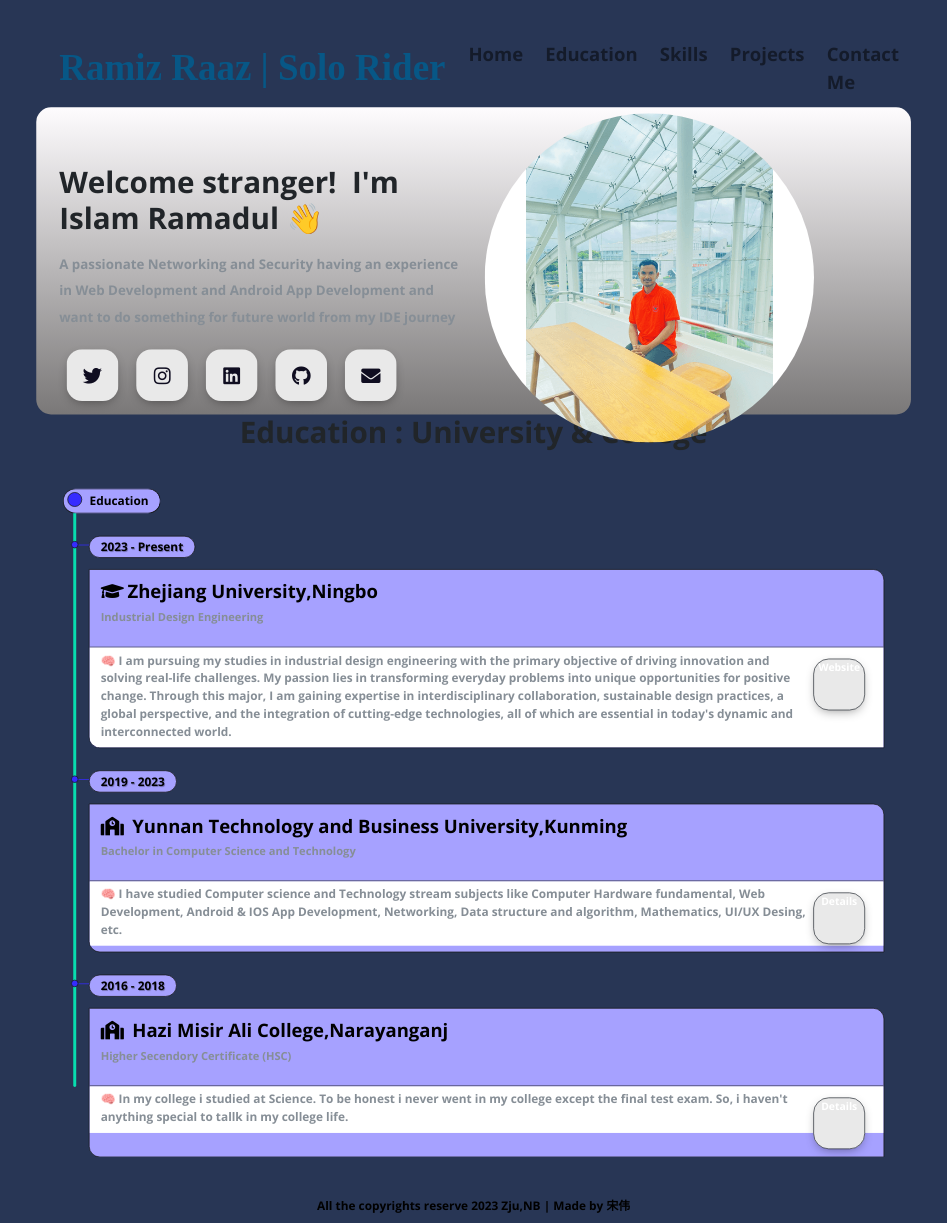
Repository: ramizraaz/ZjuProtfolio
Page: index.html
The author's editor kept a copy of each file at every save. The page is drawn from the files as they stood at one save, then again after the next save.
The browser window is 1280 px wide. The pictures show the whole page, at 74% of full size.
Some web fonts or font styles are not loaded; a fallback is used. Some web libraries are served in a nearby version.

Above is the page before, as saved 2023-10-08 18:12:40.

### index.html
<!DOCTYPE html>
<html lang="en" dir="ltr">

<head>
    <meta charset="utf-8">
    <meta name="viewport" content="width=device-width,initial-scale=1">
    <title>宋伟's Profile | Personal website</title>
    <link rel="icon" href="Image/RR.png">
    <link rel="stylesheet" href="https://stackpath.bootstrapcdn.com/bootstrap/4.5.0/css/bootstrap.min.css" integrity="sha384-9aIt2nRpC12Uk9gS9baDl411NQApFmC26EwAOH8WgZl5MYYxFfc+NcPb1dKGj7Sk" crossorigin="anonymous">
    <link rel="stylesheet" href="style.css">
    <link href="https://fonts.googleapis.com/css2?family=Arizonia&family=Montserrat:wght@400;800&display=swap" rel="stylesheet">
    <link href="https://fonts.googleapis.com/css2?family=Open+Sans:wght@700&display=swap" rel="stylesheet">
    <link rel="stylesheet" href="https://use.fontawesome.com/releases/v5.4.1/css/all.css" />
    <link rel="stylesheet" href="https://cdnjs.cloudflare.com/ajax/libs/font-awesome/5.13.1/css/all.min.css">
    <script src="https://code.jquery.com/jquery-3.5.1.slim.min.js" integrity="sha384-DfXdz2htPH0lsSSs5nCTpuj/zy4C+OGpamoFVy38MVBnE+IbbVYUew+OrCXaRkfj" crossorigin="anonymous"></script>
    <script src="https://cdn.jsdelivr.net/npm/popper.js@1.16.0/dist/umd/popper.min.js" integrity="sha384-Q6E9RHvbIyZFJoft+2mJbHaEWldlvI9IOYy5n3zV9zzTtmI3UksdQRVvoxMfooAo" crossorigin="anonymous"></script>
    <script src="https://stackpath.bootstrapcdn.com/bootstrap/4.5.0/js/bootstrap.min.js" integrity="sha384-OgVRvuATP1z7JjHLkuOU7Xw704+h835Lr+6QL9UvYjZE3Ipu6Tp75j7Bh/kR0JKI" crossorigin="anonymous"></script>
</head>

<body class="container-fluid body_section">
    <header>
        <nav class="navbar navbar-expand-lg navbar-light ">
            <a class="navbar-brand brand-name" href="#">Ramiz Raaz | Solo Rider</a>
            <button class="navbar-toggler" type="button" data-toggle="collapse" data-target="#navbarSupportedContent" aria-controls="navbarSupportedContent" aria-expanded="false" aria-label="Toggle navigation">
                  <span class="navbar-toggler-icon"></span>
                </button>
            <div class="collapse navbar-collapse" id="navbarSupportedContent">
                <ul class="navbar-nav ml-auto">
                    <li class="nav-item">
                        <a class="nav-link headerachor" href="index.html">Home</a>
                    </li>

                    <li class="nav-item">
                        <a class="nav-link headerachor" href="#Education">Education</a>
                    </li>
                    <li class="nav-item">
                        <a class="nav-link headerachor" href="">Skills</a>
                    </li>
                    <li class="nav-item">
                        <a class="nav-link headerachor" href="">Projects</a>
                    </li>
                    <li class="nav-item">
                        <a class="nav-link headerachor" href="">Contact Me</a>
                    </li>
                </ul>
        </nav>
    </header>
    <!-- Intro Section -->
    <section id="Home">
        <div class="row column1">
            <div class="col-lg-6 col-md-6 first-image">
                <img class="boyimage" src="img/me.gif" alt="">
            </div>
            <div class="col-lg-6 section-1">
                <h1 class="Hello">Welcome stranger!&nbsp&nbspI'm Islam Ramadul <span class="wave">👋</span></h1>
                <p>A passionate Networking and Security having an experience in Web Development and Android App Development and want to do something for future world from my IDE journey</p>
                <div class=social_media_icon>
                    <a class="btn" href="https://twitter.com/ramiz_raaz" target=_blank>
                        <i class="fab fa-twitter"></i>
                    </a>
                    <a class="btn" href="https://www.instagram.com/ramiz_raaz/" target=_blank>
                        <i class="fab fa-instagram"></i>
                    </a>
                    <a class="btn" href="https://www.linkedin.com/" target=_blank>
                        <i class="fab fa-linkedin" aria-hidden="true"></i>
                    </a>
                    <a class="btn" href="https://github.com/ramizraaz" target=_blank>
                        <i class="fab fa-github"></i>
                    </a>
                    <a class="btn" href="mailto:romiz.romeo.raaz@gmail.com/" target=_blank>
                        <i class="fa fa-envelope"></i>
                    </a>
                </div>
            </div>
    </section>
    <!-- Education Section -->
    <section id="Education">
        <div class="container">
            <div class="Heading">
                <h1>Education : University & College</h1>
                <br>
            </div>
            <div class="timeline">
                <div class="timeline-month">
                    Education
                </div>
                <div class="timeline-section">
                    <div class="timeline-date">
                        2023 - Present
                    </div>
                    <div class="row">
                        <div class="col-lg">
                            <div class="timeline-box">
                                <div class="box-title">
                                    <i class="fas fa-graduation-cap" aria-hidden="true"></i>Zhejiang University,Ningbo
                                    <p class="degree">Industrial Design Engineering</p>
                                </div>
                                <div class="box-content">
                                    <a class="btn btn-sm btn-dark float-right" role="button" href="https://www.zju.edu.cn/english/" target=_blank style="color: white;">Website</a>
                                    <div class="box-item">🧠 I am pursuing my studies in industrial design engineering with the primary objective of driving innovation and solving real-life challenges. My passion lies in transforming everyday problems into unique opportunities
                                        for positive change. Through this major, I am gaining expertise in interdisciplinary collaboration, sustainable design practices, a global perspective, and the integration of cutting-edge technologies, all of which
                                        are essential in today's dynamic and interconnected world.</div>
                                </div>
                            </div>
                        </div>
                    </div>
                </div>

                <div class="timeline-section">
                    <div class="timeline-date">
                        2019 - 2023
                    </div>
                    <div class="row">
                        <div class="col-lg">
                            <div class="timeline-box">
                                <div class="box-title">
                                    <i class="fas fa-school" aria-hidden="true"></i> Yunnan Technology and Business University,Kunming
                                    <p class="degree">Bachelor in Computer Science and Technology</p>
                                </div>
                                <div class="box-content">
                                    <a class="btn btn-sm btn-dark float-right" role="button" style="color: white;">Details</a>
                                    <div class="box-item">🧠 I have studied Computer science and Technology stream subjects like Computer Hardware fundamental, Web Development, Android & IOS App Development, Networking, Data structure and algorithm, Mathematics, UI/UX Desing,
                                        etc.
                                    </div>

                                </div>
                            </div>
                        </div>
                    </div>
                </div>

                <div class="timeline-section">
                    <div class="timeline-date">
                        2016 - 2018
                    </div>
                    <div class="row">
                        <div class="col-lg">
                            <div class="timeline-box">
                                <div class="box-title">
                                    <i class="fas fa-school" aria-hidden="true"></i> Hazi Misir Ali College,Narayanganj
                                    <p class="degree"> Higher Secendory Certificate (HSC)</p>
                                </div>
                                <div class="box-content">
                                    <a class="btn btn-sm btn-dark float-right" role="button" style="color: white;">Details</a>
                                    <div class="box-item">🧠 In my college i studied at Science. To be honest i never went in my college except the final test exam. So, i haven't anything special to tallk in my college life.</div>
                                    <div class="box-item"><b>

                                </div>
                            </div>
                        </div>
                    </div>
                </div>
            </div>
        </div>
    </section>

    </form>
    <footer class=footer>All the copyrights reserve 2023 Zju,NB | Made by 宋伟</footer>
</body>

</html>

### style.css
body {
    font-family: 'Open Sans', sans-serif;
    margin: 0;
    background: #b1adad;
    animation: pulse 2s infinite;
}

@keyframes pulse {
    0% {
        background: #D0E1F9;
    }
    25% {
        background: #4D648D;
    }
    50% {
        background: #283655;
    }
    75% {
        background: #1E1F26;
    }
    100% {
        background: #252424a2;
    }
}

.body_section {
    padding: 3% 5% 1%;
}

p {
    font-size: 18px;
}

a {
    text-decoration: none;
}

@font-face {
    font-family: "Lovely Home";
    src: local('Lovely Home'), url("Image/LovelyHome-9aBZ.ttf") format('truetype');
}

.brand-name,
.navbar-light .navbar-brand {
    font-family: "Lovely Home";
    font-size: 50px;
    font-weight: bold;
    color: #075786;
}

.headerachor {
    color: black;
    margin: 0 7px 0 7px;
    border-radius: 20px;
    font-size: 25px;
}

.headerachor:hover {
    background-color: #8c8a8a;
}


/* Section 1 */

.column1 {
    background-image: linear-gradient(#fefcfe, #7a7878);
    padding: 8px 16px;
    border-radius: 20px;
}

.section-1 {
    margin-top: 6%;
    text-align: left;
    position: relative;
}

span.wave {
    animation-name: wave-animation;
    animation-duration: 2.5s;
    animation-iteration-count: infinite;
    transform-origin: 70% 70%;
    display: inline-block;
}

@keyframes wave-animation {
    0% {
        transform: rotate( 0.0deg)
    }
    10% {
        transform: rotate(-10.0deg)
    }
    20% {
        transform: rotate( 12.0deg)
    }
    30% {
        transform: rotate(-10.0deg)
    }
    40% {
        transform: rotate( 9.0deg)
    }
    50% {
        transform: rotate( 0.0deg)
    }
    100% {
        transform: rotate( 0.0deg)
    }
}

.first-image {
    position: absolute;
    right: 0;
}

.boyimage {
    height: 445px;
    border-radius: 50%;
}

@media only screen and (max-width: 1183px) {
    .first-image {
        right: 160px;
    }
}

.boy {
    width: 100%;
    height: 100%;
    animation: bounce 1.2s;
    animation-direction: alternate;
    animation-iteration-count: infinite;
}

@keyframes bounce {
    from {
        transform: translate3d(0, 0, 0);
    }
    to {
        transform: translate3d(0, 20px, 0);
    }
}

.Image-boy {
    text-align: center;
    align-items: center;
}

@media only screen and (min-width:951px) {
    .Image-boy {
        display: none;
    }
}

.Hello {
    margin-bottom: 20px;
}

p {
    line-height: 2;
    color: #868e96;
}

.btn {
    display: inline-block;
    width: 4.37rem;
    height: 4.37rem;
    background: #e9e9e9;
    padding: 0px 0px;
    margin: 10px;
    border-radius: 30%;
    box-shadow: 0 5px 15px -5px #00000070;
    color: #0f0d20;
    overflow: hidden;
    position: relative;
}

.btn i {
    line-height: 70px;
    font-size: 1.625rem;
    transition: 0.2s linear;
}

.btn:hover i {
    transform: scale(1.3);
    color: #f1f1f1;
}

.btn::before {
    content: "";
    position: absolute;
    width: 120%;
    height: 120%;
    background: #46088d;
    transform: rotate(45deg);
    left: -110%;
    top: 90%;
}

.btn:hover::before {
    animation: aaa 0.7s 1;
    top: -10%;
    left: -10%;
}

@media only screen and (max-width:470px) {
    .btn {
        width: 2.5rem;
        height: 2.5rem;
        margin: 7px;
    }
    .btn i {
        line-height: 40px;
        font-size: 1em;
    }
}


/* Education CSS */

.Heading {
    text-align: center;
}

.timeline {
    margin-top: 20px;
    position: relative;
}

.timeline:before {
    position: absolute;
    content: '';
    width: 4px;
    height: calc(100% - 100px);
    background: #08ddaf;
    left: 14px;
    top: 5px;
    border-radius: 4px;
}

.timeline-month {
    color: black;
    position: relative;
    padding: 4px 15px 4px 35px;
    background-color: #a6a1ff;
    display: inline-block;
    width: auto;
    border-radius: 40px;
    border: 1px solid #17191B;
    border-right-color: black;
    margin-bottom: 30px;
}

.timeline-month span {
    position: absolute;
    top: -1px;
    left: calc(100% - 100px);
    z-index: -1;
    white-space: nowrap;
    display: inline-block;
    background-color: #111;
    padding: 4px 10px 4px 20px;
    border-top-right-radius: 40px;
    border-bottom-right-radius: 40px;
    border: 1px solid black;
    box-sizing: border-box;
}

.timeline-month:before {
    position: absolute;
    content: '';
    width: 20px;
    height: 20px;
    background: #362CFF;
    border-radius: 100%;
    border: 1px solid #17191B;
    left: 5px;
}

.timeline-section {
    padding-left: 35px;
    display: block;
    position: relative;
    margin-bottom: 30px;
}

.timeline-date {
    margin-bottom: 15px;
    padding: 2px 15px;
    background: #a6a1ff;
    position: relative;
    display: inline-block;
    border-radius: 20px;
    border: 1px solid #17191B;
    color: black;
    text-shadow: 1px 1px 1px rgba(0, 0, 0, 0.3);
}

.timeline-section:before {
    content: '';
    position: absolute;
    width: 30px;
    height: 1px;
    background-color: #362CFF;
    top: 12px;
    left: 20px;
}

.timeline-section:after {
    content: '';
    position: absolute;
    width: 10px;
    height: 10px;
    background: #362CFF;
    top: 7px;
    left: 11px;
    border: 1px solid #17191B;
    border-radius: 100%;
}

.timeline-box {
    position: relative;
    color: black;
    background-color: #a6a1ff;
    border-radius: 15px;
    border-top-left-radius: 0px;
    border-bottom-right-radius: 0px;
    border: 1px solid #17191B;
    transition: all 0.3s ease;
    overflow: hidden;
}

.box-icon {
    position: absolute;
    right: 5px;
    top: 0px;
}

.box-title {
    padding: 10px 15px;
    font-size: 25px;
    border-bottom: 1px solid #17191B;
}

.degree {
    font-size: 15px;
}

.box-title i {
    margin-right: 5px;
}

.box-content {
    padding: 5px 15px;
    background-color: white;
}

.box-item {
    margin-bottom: 5px;
    color: #868e96;
    font-weight: 400;
}

.certificate {
    padding-top: 20px;
}

.certificate-text {
    text-align: center;
}

.box-shadow {
    box-shadow: 5px 5px 5px #d9dbdf;
}

footer {
    padding-top: 2%;
    color: #000000;
    text-align: center;
}

After the next save:
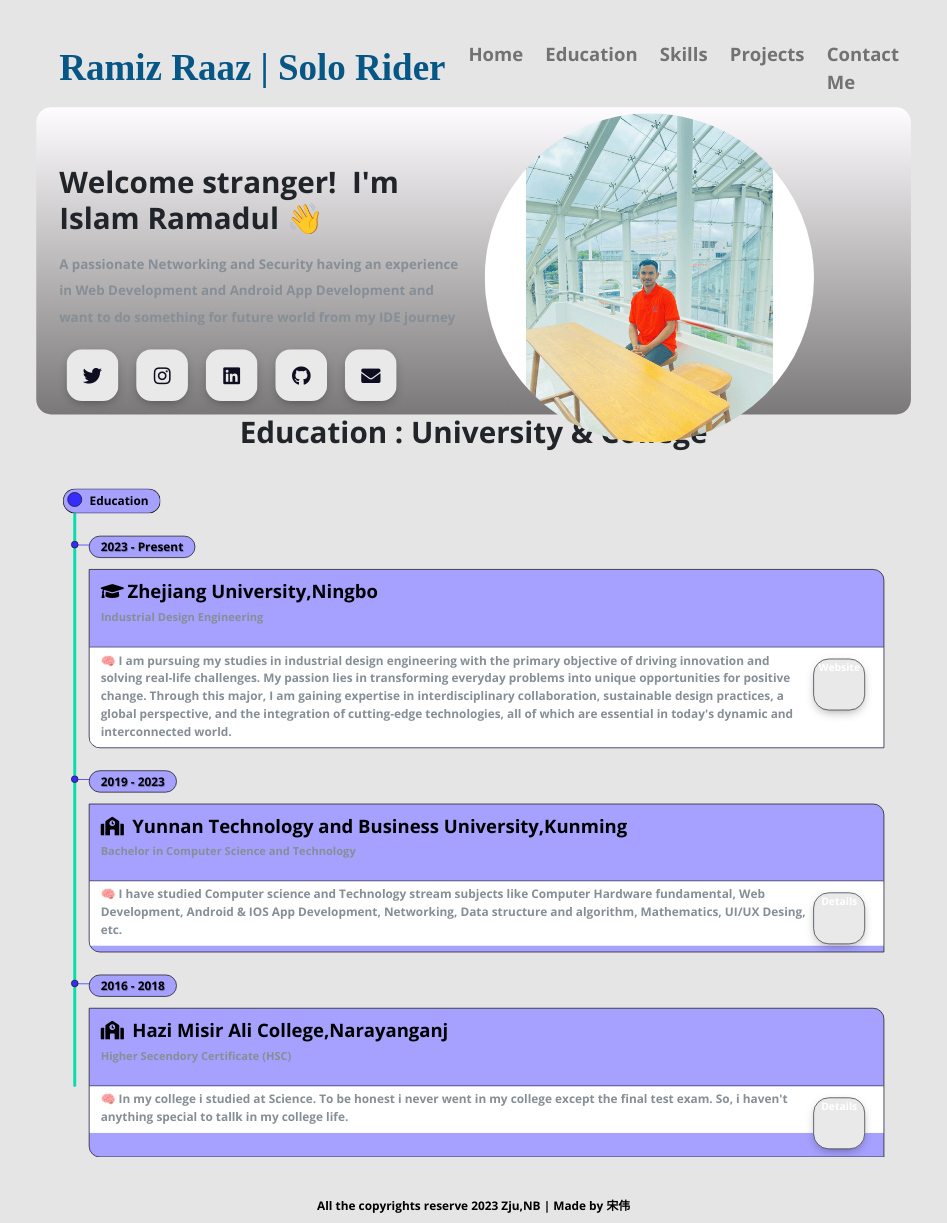
Saved 3 min 13 s later.
--- a/style.css
+++ b/style.css
@@ -7,19 +7,19 @@
 
 @keyframes pulse {
     0% {
-        background: #D0E1F9;
+        background: #F2F2F2;
     }
     25% {
-        background: #4D648D;
+        background: #FFFFFF;
     }
     50% {
-        background: #283655;
+        background: #E5E5E5;
     }
     75% {
-        background: #1E1F26;
+        background: #F0F0F0;
     }
     100% {
-        background: #252424a2;
+        background: #F5F5F5;
     }
 }
 
